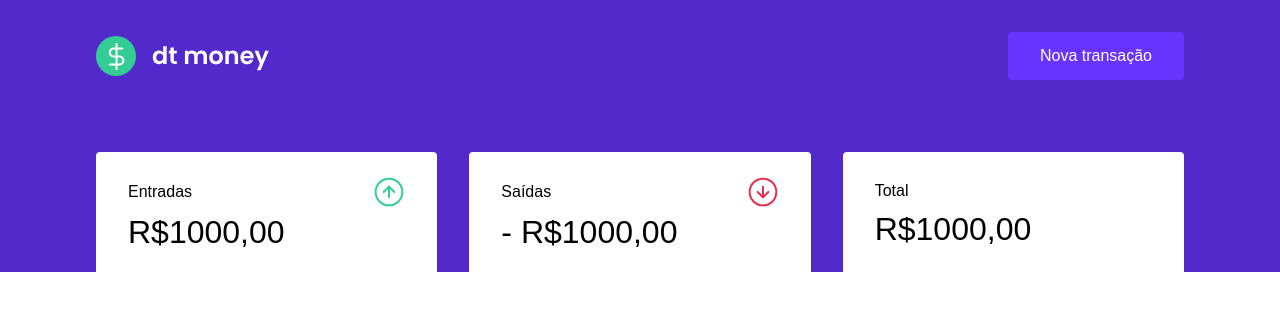
Repository: joaovnogueira/dtmoney
Page: /
The author's editor kept a copy of each file at every save. The page is drawn from the files as they stood at one save, then again after the next save.
The browser window is 1280 px wide. The pictures show the whole page.
The project was rebuilt for these pictures with package versions that can differ from the ones it lists, and the page was loaded fresh each time.

Above is the page before, as saved 2022-06-21 14:38:48.

After the next save:
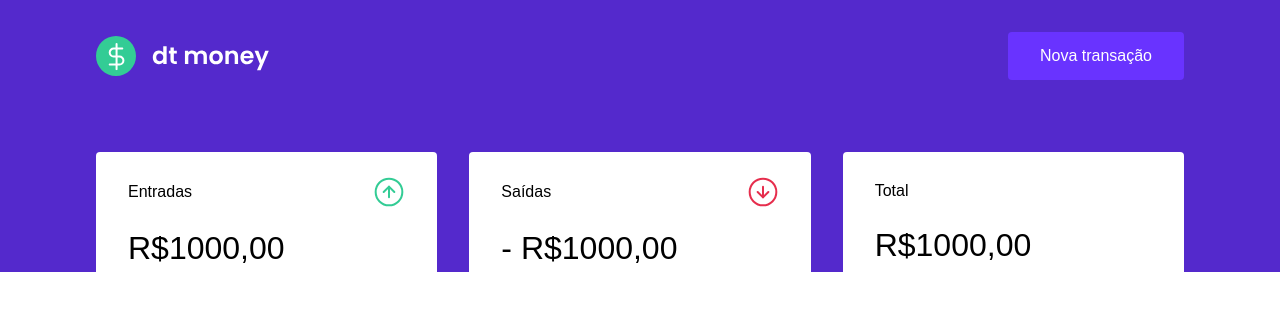
Saved 4 s later.
--- a/src/components/summary/styles.ts
+++ b/src/components/summary/styles.ts
@@ -19,7 +19,7 @@ export const Container = styled.div`
         }
 
         strong {
-            displa
+            display: block;
             margin-top: 1rem;
             font-size: 2rem;
             font-weight: 500;
